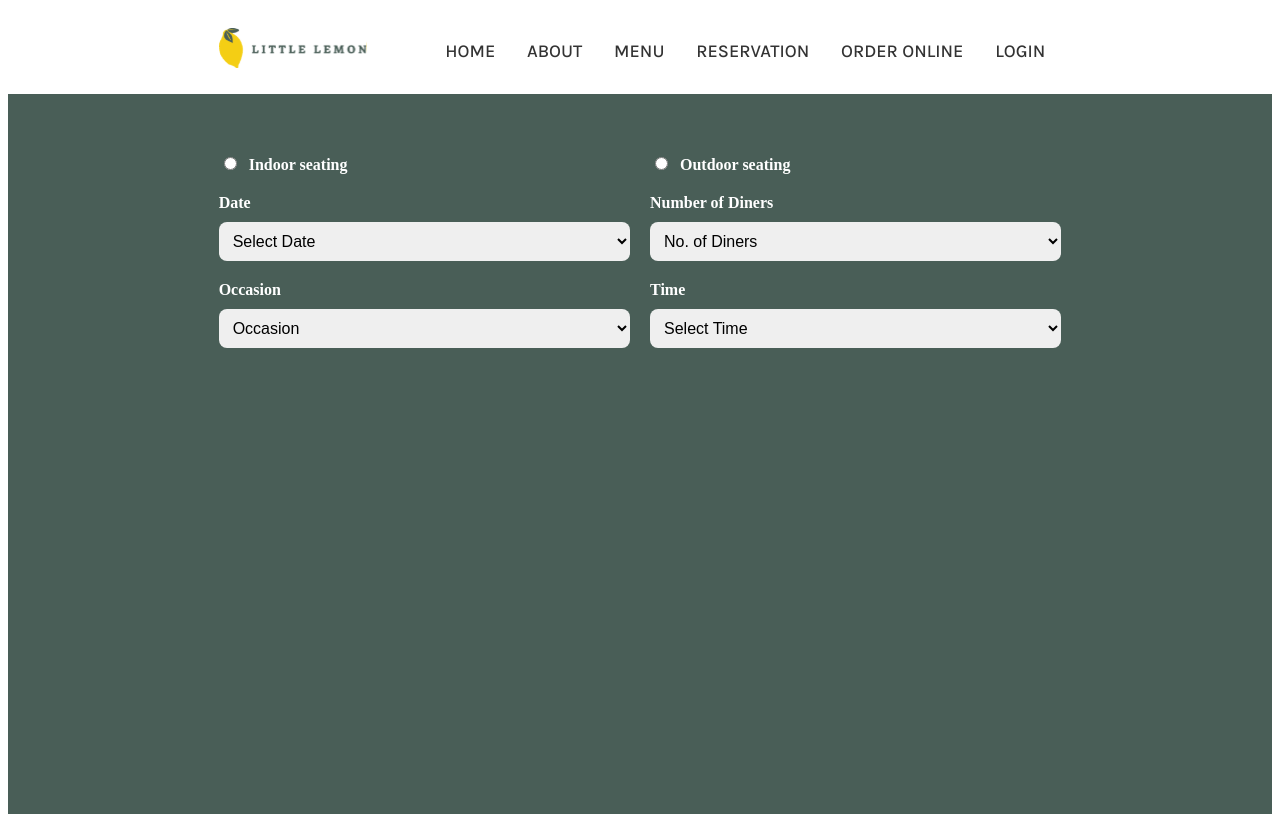
Repository: Yeshwanth-189/little-lemon
Page: /reservation (app in little-lemon/)
The author's editor kept a copy of each file at every save. The page is drawn from the files as they stood at one save, then again after the next save.
The browser window is 1280 px wide. The pictures show the whole page.
The project was rebuilt for these pictures with package versions that can differ from the ones it lists, and the page was loaded fresh each time. Also part of the build but not shown: little-lemon/src/index.css, little-lemon/src/components/Hero/Hero.css, little-lemon/src/components/Hero/Hero.jsx, little-lemon/src/components/Specials/Specials.css, little-lemon/src/components/Specials/Specials.jsx, little-lemon/src/components/Testimonials/Testimonials.css, little-lemon/src/components/Testimonials/Testimonials.jsx, little-lemon/src/components/About/About.css and 3 more.

Above is the page before, as saved 2025-04-26 22:24:44.

### little-lemon/public/index.html
<!DOCTYPE html>
<html lang="en">
  <head>
    <meta charset="utf-8" />
    <link rel="icon" href="%PUBLIC_URL%/Logo.png" />
    <meta name="viewport" content="width=device-width, initial-scale=1" />
    <meta name="theme-color" content="#000000" />
    <meta
      name="description"
      content="Little Lemon is a family-run Mediterranean restaurant in Chicago, IL."
    />
    <meta name="og:image" content="%PUBLIC_URL%/Logo.png" />
    <meta name="og:title" content="Little-Lemon Restaurant" />
    <link rel="apple-touch-icon" href="%PUBLIC_URL%/Logo.png" />
    <!--
      manifest.json provides metadata used when your web app is installed on a
      user's mobile device or desktop. See https://developers.google.com/web/fundamentals/web-app-manifest/
    -->
    <link rel="manifest" href="%PUBLIC_URL%/manifest.json" />
    <!--
      Notice the use of %PUBLIC_URL% in the tags above.
      It will be replaced with the URL of the `public` folder during the build.
      Only files inside the `public` folder can be referenced from the HTML.

      Unlike "/favicon.ico" or "favicon.ico", "%PUBLIC_URL%/favicon.ico" will
      work correctly both with client-side routing and a non-root public URL.
      Learn how to configure a non-root public URL by running `npm run build`.
    -->
    <title>Little Lemon</title>
    <link rel="stylesheet" href="%PUBLIC_URL%/index.css" />
    <link rel="preconnect" href="https://fonts.googleapis.com" />
    <link rel="preconnect" href="https://fonts.gstatic.com" crossorigin />
    <link
      href="https://fonts.googleapis.com/css2?family=Karla:ital,wght@0,200..800;1,200..800&display=swap"
      rel="stylesheet"
    />
    <link rel="preconnect" href="https://fonts.googleapis.com" />
    <link rel="preconnect" href="https://fonts.gstatic.com" crossorigin />
    <link
      href="https://fonts.googleapis.com/css2?family=Karla:ital,wght@0,200..800;1,200..800&family=Roboto:ital,wght@0,100..900;1,100..900&display=swap"
      rel="stylesheet"
    />
  </head>
  <body>
    <noscript>You need to enable JavaScript to run this app.</noscript>
    <div id="root"></div>
    <!--
      This HTML file is a template.
      If you open it directly in the browser, you will see an empty page.

      You can add webfonts, meta tags, or analytics to this file.
      The build step will place the bundled scripts into the <body> tag.

      To begin the development, run `npm start` or `yarn start`.
      To create a production bundle, use `npm run build` or `yarn build`.
    -->
  </body>
</html>

### little-lemon/src/App.js
import React from "react";
import { BrowserRouter as Router, Routes, Route } from "react-router-dom";
import Nav from "./components/Navigation/NavBar";
import Hero from "./components/Hero/Hero";
import Specials from "./components/Specials/Specials";
import Testimonials from "./components/Testimonials/Testimonials";
import About from "./components/About/About";
import Footer from "./components/Footer/Footer";
import Reservation from "./components/Reservation/Reservation";

function Home() {
  return (
    <div>
      <Hero />
      <Specials />
      <Testimonials />
      <About />
      <Footer />
    </div>
  );
}

function Menu() {
  return <h1>Menu Page</h1>;
}

function App() {
  return (
    <Router>
      <Nav />
      <Routes>
        <Route path="/" element={<Home />} />
        <Route path="/menu" element={<Menu />} />
        <Route path="/about" element={<About />} />
        <Route path="/reservation" element={<Reservation />} />
      </Routes>
    </Router>
  );
}

export default App;

### little-lemon/src/components/Navigation/NavBar.jsx
import React from "react";
import { Link as RouterLink } from "react-router-dom";
import { Link as ScrollLink } from "react-scroll";
import Logo from "../../assets/Logo.svg";
import "./NavBar.css";

function Nav() {
  return (
    <nav className="nav-grid">
      {/* Empty 1-2 columns */}
      <div className="nav-empty"></div>

      {/* Logo 3-4 */}
      <div className="nav-logo">
        <img src={Logo} alt="Little Lemon Logo" />
      </div>

      {/* Nav links 5-10 */}
      <div className="nav-links">
        <RouterLink to="/">HOME</RouterLink>
        <ScrollLink
          to="about"
          smooth={true}
          duration={1000}
          offset={-70} // Adjust if your NavBar is sticky
        >
          ABOUT
        </ScrollLink>
        <RouterLink to="/menu">MENU</RouterLink>
        <RouterLink to="/reservation">RESERVATION</RouterLink>
        <RouterLink to="/order-online">ORDER ONLINE</RouterLink>
        <RouterLink to="/login">LOGIN</RouterLink>
      </div>

      {/* Empty 11-12 columns */}
      <div className="nav-empty"></div>
    </nav>
  );
}

export default Nav;

### little-lemon/src/components/Reservation/Reservation.jsx
import React from "react";
import "./Reservation.css";

function Reservation() {
  return (
    <section className="reservation-grid">
      {/* Empty left margin */}
      <div className="reservation-empty"></div>

      {/* Main Reservation Form */}
      <div className="reservation-main">
        {/* Row 1: Seating Options */}
        <div className="reservation-row">
          <div className="reservation-col">
            <label>
              <input type="radio" name="seating" value="indoor" /> Indoor
              seating
            </label>
          </div>
          <div className="reservation-col">
            <label>
              <input type="radio" name="seating" value="outdoor" /> Outdoor
              seating
            </label>
          </div>
        </div>

        {/* Row 2: Date and Diners */}
        <div className="reservation-row">
          <div className="reservation-col">
            <label>Date</label>
            <select>
              <option>Select Date</option>
              <option>April 27, 2025</option>
              <option>April 28, 2025</option>
            </select>
          </div>
          <div className="reservation-col">
            <label>Number of Diners</label>
            <select>
              <option>No. of Diners</option>
              <option>1</option>
              <option>2</option>
              <option>3</option>
              <option>4</option>
            </select>
          </div>
        </div>

        {/* Row 3: Occasion and Time */}
        <div className="reservation-row">
          <div className="reservation-col">
            <label>Occasion</label>
            <select>
              <option>Occasion</option>
              <option>Birthday</option>
              <option>Anniversary</option>
              <option>Other</option>
            </select>
          </div>
          <div className="reservation-col">
            <label>Time</label>
            <select>
              <option>Select Time</option>
              <option>5:00 PM</option>
              <option>6:00 PM</option>
              <option>7:00 PM</option>
            </select>
          </div>
        </div>
      </div>

      {/* Empty right margin */}
      <div className="reservation-empty"></div>
    </section>
  );
}

export default Reservation;

### little-lemon/src/components/Navigation/NavBar.css
.nav-grid {
  display: grid;
  grid-template-columns: repeat(12, 1fr);
  align-items: center;
  background-color: white;
  padding: 20px 0;
  position: sticky;
  top: 0;
  z-index: 10;
  font-family: "karla", sans-serif;
  font-size: 20px;
  font-weight: 700;
}

/* Empty columns for margins */
.nav-empty {
  grid-column: span 2;
}

/* Logo */
.nav-logo {
  grid-column: span 2;
  font-size: 24px;
  font-weight: bold;
  color: #495e57;
}

.nav-logo a {
  text-decoration: none;
  color: inherit;
}

/* Links */
.nav-links {
  grid-column: span 6;
  display: flex;
  justify-content: space-around;
  align-items: center;
}

.nav-links a {
  text-decoration: none;
  color: #333;
  font-size: 18px;
  font-weight: 500;
}

.nav-links a:hover {
  color: #f4ce14;
}

/* MOBILE RESPONSIVE */
@media (max-width: 768px) {
  .nav-grid {
    grid-template-columns: repeat(4, 1fr);
    padding: 10px 0;
  }

  .nav-empty {
    display: none; /* No margin on mobile */
  }

  .nav-logo {
    grid-column: span 2;
    font-size: 20px;
    text-align: left;
    padding-left: 10px;
  }

  .nav-links {
    grid-column: span 2;
    display: flex;
    flex-direction: column; /* Stack links vertically */
    gap: 10px;
    align-items: flex-end;
    padding-right: 10px;
  }

  .nav-links a {
    font-size: 16px;
  }
}

### little-lemon/src/components/Reservation/Reservation.css
.reservation-grid {
  display: grid;
  grid-template-columns: repeat(12, 1fr);
  width: 100%;
  max-width: 1440px;
  margin: 0 auto;
  min-height: 600px;
  padding: 60px 0;
  background-color: #495e57; /* Background like your Figma */
  color: white;
}

/* Empty margins */
.reservation-empty {
  display: none;
}

/* Main Section (3-10 columns) */
.reservation-main {
  grid-column: 3 / span 8;
  display: flex;
  flex-direction: column;
  gap: 20px;
}

/* Each Row */
.reservation-row {
  display: flex;
  justify-content: space-between;
  gap: 20px;
}

/* Each Column inside Row */
.reservation-col {
  flex: 1;
  display: flex;
  flex-direction: column;
  gap: 10px;
}

/* Inputs and Selects */
.reservation-col input[type="radio"] {
  margin-right: 8px;
}

.reservation-col select {
  padding: 10px;
  border-radius: 8px;
  border: none;
  font-size: 16px;
}

/* Labels */
.reservation-col label {
  font-size: 16px;
  font-weight: bold;
}

/* MOBILE RESPONSIVE */
@media (max-width: 768px) {
  .reservation-grid {
    grid-template-columns: repeat(4, 1fr);
    padding: 30px 0;
  }

  .reservation-main {
    grid-column: 1 / span 4;
  }

  .reservation-row {
    flex-direction: column;
  }
}

Loaded but not shown: little-lemon/src/index.js (common file); little-lemon/src/reportWebVitals.js (common file); little-lemon/public/index.css (common file)

After the next save:
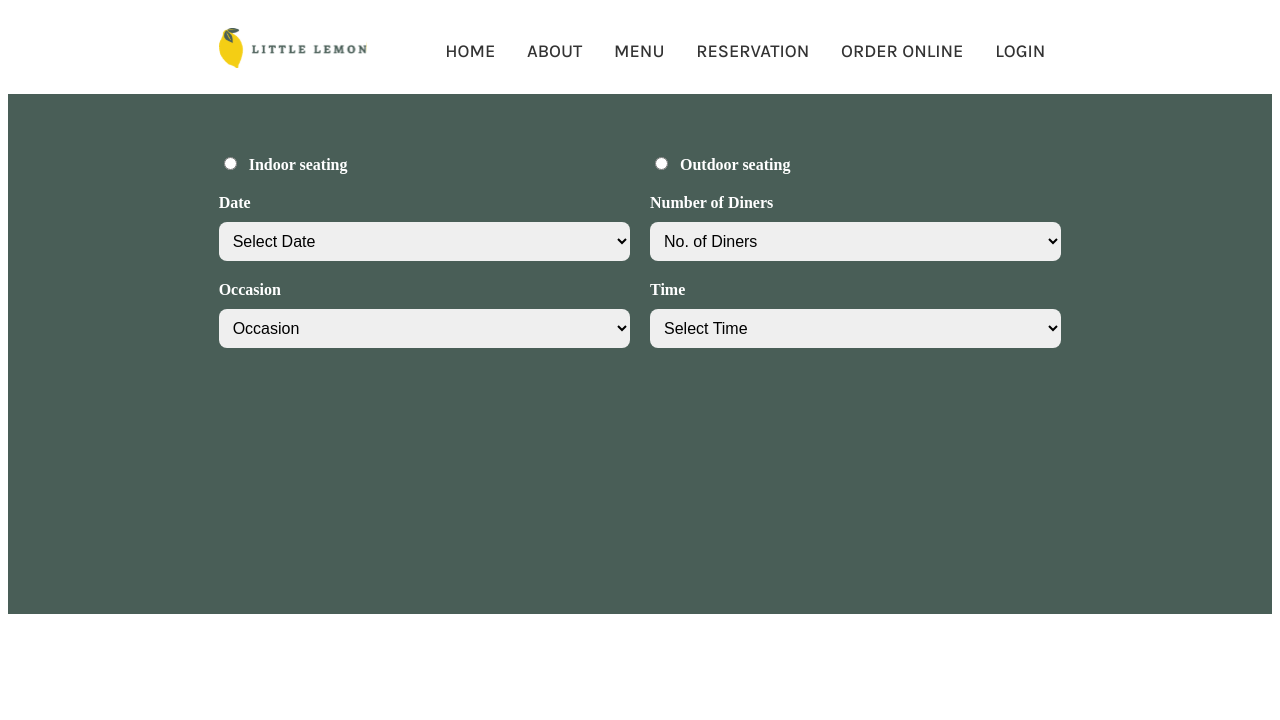
Saved 14 s later.
--- a/little-lemon/src/components/Reservation/Reservation.css
+++ b/little-lemon/src/components/Reservation/Reservation.css
@@ -4,7 +4,7 @@
   width: 100%;
   max-width: 1440px;
   margin: 0 auto;
-  min-height: 600px;
+  min-height: 400px;
   padding: 60px 0;
   background-color: #495e57; /* Background like your Figma */
   color: white;
